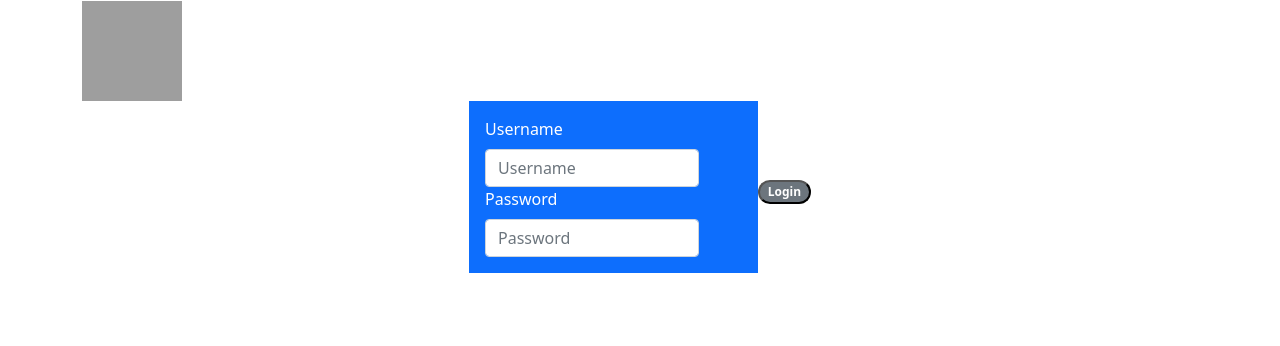
Repository: dilaraozdem1r/BooksApp
Page: /admin
These files come from the project's save history. The page is drawn as it stood at one moment and after the next save; the edit follows.
The browser window is 1280 px wide. The pictures show the whole page.
Pictures or frames that could not be fetched are drawn as grey boxes. The page's requests for data from a server got no answer. The project was rebuilt for these pictures with package versions that can differ from the ones it lists, and the page was loaded fresh each time. No one was signed in, and anything a server would have sent is missing. Also part of the build but not shown: src/Components/BookList.js, src/Components/SearchBar.js.

Above is the page before, as saved 2021-08-20 13:42:32.

### public/index.html
<!DOCTYPE html>
<html lang="en">
  <head>
    <meta charset="utf-8" />
    <link rel="icon" href="%PUBLIC_URL%/favicon.ico" />
    <meta name="viewport" content="width=device-width, initial-scale=1" />
    <meta name="theme-color" content="#000000" />
    <meta
      name="description"
      content="Web site created using create-react-app"
    />
    <link rel="apple-touch-icon" href="%PUBLIC_URL%/logo192.png" />
    <!--
      manifest.json provides metadata used when your web app is installed on a
      user's mobile device or desktop. See https://developers.google.com/web/fundamentals/web-app-manifest/
    -->
    <link rel="manifest" href="%PUBLIC_URL%/manifest.json" />
    <!--
      Notice the use of %PUBLIC_URL% in the tags above.
      It will be replaced with the URL of the `public` folder during the build.
      Only files inside the `public` folder can be referenced from the HTML.

      Unlike "/favicon.ico" or "favicon.ico", "%PUBLIC_URL%/favicon.ico" will
      work correctly both with client-side routing and a non-root public URL.
      Learn how to configure a non-root public URL by running `npm run build`.
    -->
    <link href="https://cdn.jsdelivr.net/npm/bootstrap@5.0.2/dist/css/bootstrap.min.css" rel="stylesheet" integrity="sha384-EVSTQN3/azprG1Anm3QDgpJLIm9Nao0Yz1ztcQTwFspd3yD65VohhpuuCOmLASjC" crossorigin="anonymous">
    <title>Books App</title>
  </head>
  <body>
    <noscript>You need to enable JavaScript to run this app.</noscript>
    <div id="root"></div>
    <!--
      This HTML file is a template.
      If you open it directly in the browser, you will see an empty page.

      You can add webfonts, meta tags, or analytics to this file.
      The build step will place the bundled scripts into the <body> tag.

      To begin the development, run `npm start` or `yarn start`.
      To create a production bundle, use `npm run build` or `yarn build`.
    -->
    <script src="https://cdn.jsdelivr.net/npm/bootstrap@5.0.2/dist/js/bootstrap.bundle.min.js" integrity="sha384-MrcW6ZMFYlzcLA8Nl+NtUVF0sA7MsXsP1UyJoMp4YLEuNSfAP+JcXn/tWtIaxVXM" crossorigin="anonymous"></script>
  </body>
</html>

### src/index.js
import React from 'react'
import ReactDOM from 'react-dom'
import App from './Components/App'

ReactDOM.render(
    <App />,
    document.getElementById('root')

);

### src/Components/App.js
import React from 'react'
import { BrowserRouter as Router, Switch, Route, Link } from "react-router-dom";
import Books from './BookList';
import axios from 'axios'
import SearchBar from './SearchBar'
import Admin from './Admin'

class App extends React.Component {
  state = {
    books: [],
    searchQuery:""
  }

  async componentDidMount() {
    this.getBooks();

  }
  async getBooks() {
    const response = await axios.get(" http://localhost:3004/books");

    this.setState({ books: response.data })

  }
  searchMovie=(event)=>{
    this.setState({
      searchQuery:event.target.value
    })

  }

  render() {

    let filteredBooks=this.state.books.filter(
      (book)=>{
        return book.name.toLowerCase().indexOf(this.state.searchQuery.toLowerCase()) !== -1 }
    ).sort((a,b)=>{
      return a.id < b.id ? 1 : a.id > b.id ? -1 : 0 ;
    });



    return (
      <Router>
      <Switch>
      <Route path="/" exact render={() => (
            <React.Fragment>
      <div>
        <nav className="navbar navbar-light bg-light">
            <div className="container-fluid">
            <a class="navbar-brand">
          <img src="https://encrypted-tbn0.gstatic.com/images?q=tbn:ANd9GcRZ-o86obF-UTdLqsqqiUM6O82URx7R52fXlw&usqp=CAU" alt="" width="50" height="40" class="d-inline-block align-text-top"/>
          </a>

            <SearchBar search={this.searchMovie} />
            <div className="col ol-md-5">
                        <Link
                            to="/admin"
                            type="button"
                            className="btn btn-danger"
                            style={{ float: 'right' }}
                        >Admin Login</Link>
                    </div>

            </div>
          </nav>
      </div>
    <div>
              <Books books={filteredBooks} />
          </div>

    </React.Fragment> )}>
    </Route>

    <Route path="/admin" render={({ history }) => (
            <Admin  />
          )}>
          </Route>
    <div>
      <button class="navbar-toggler" type="button" data-bs-toggle="collapse" data-bs-target="#navbarSupportedContent" aria-controls="navbarSupportedContent" aria-expanded="false" aria-label="Toggle navigation">Admin Login</button>
    </div>












      </Switch>
      </Router>
        );
}
}
        export default App;

### src/Components/Admin.js
import React from 'react';
import { BrowserRouter as Router, Switch, Route, Link } from "react-router-dom";
class Admin extends React.Component {

    render() {
        return (

            <Router>
                <Switch>

                <section class="h-100">


  <header class="container h-100">

  <div><img src="https://encrypted-tbn0.gstatic.com/images?q=tbn:ANd9GcRZ-o86obF-UTdLqsqqiUM6O82URx7R52fXlw&usqp=CAU" alt="" width="100" height="100" class="d-inline-block align-text-top"/>
                </div>

    <div class="d-flex align-items-center justify-content-center h-100">

                    <form>
                    <div class="p-3 mb-2 bg-primary text-white">
                    <div class="col-md-10">
                            <label for="exampleInputEmail1" class="form-label">Username</label>
                            <input type="text" className="form-control" placeholder="Username" aria-label="First name"/>

                        </div>
                        <div class="col-md-10">
                                <label for="exampleInputPassword1" className="form-label">Password</label>
                                <input type="password" className="form-control" placeholder="Password" aria-label="Last name"/>
                            </div>
                            </div>

                    </form>
                    <div ><button type="submit" className="badge rounded-pill bg-secondary">Login</button></div>

                    </div>
                    </header>
                    </section>

                </Switch>
        </Router>


                        )
    }

}
export default Admin;

After the next save:
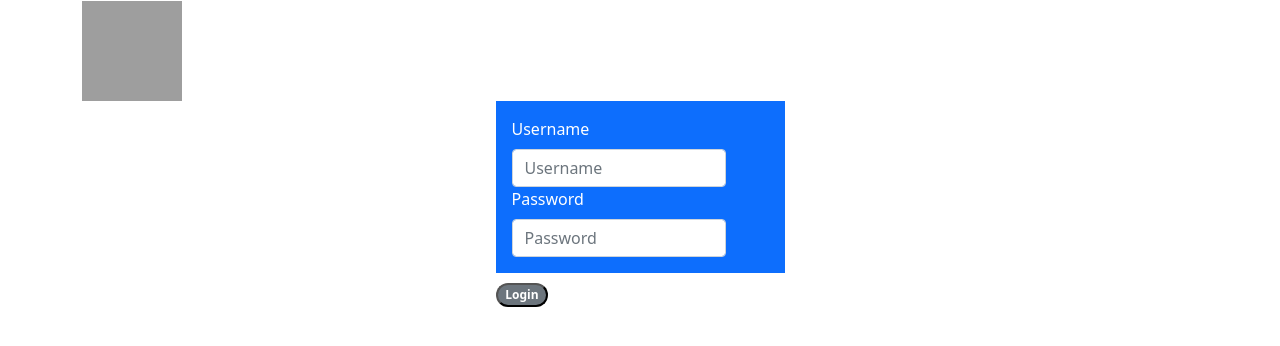
Saved 18 s later.
--- a/src/Components/Admin.js
+++ b/src/Components/Admin.js
@@ -31,8 +31,9 @@ class Admin extends React.Component {
                             </div>
                             </div>
 
+                           <div ><button type="submit" className="badge rounded-pill bg-secondary">Login</button></div>
                     </form>
-                    <div ><button type="submit" className="badge rounded-pill bg-secondary">Login</button></div>
+
 
                     </div>
                     </header>
